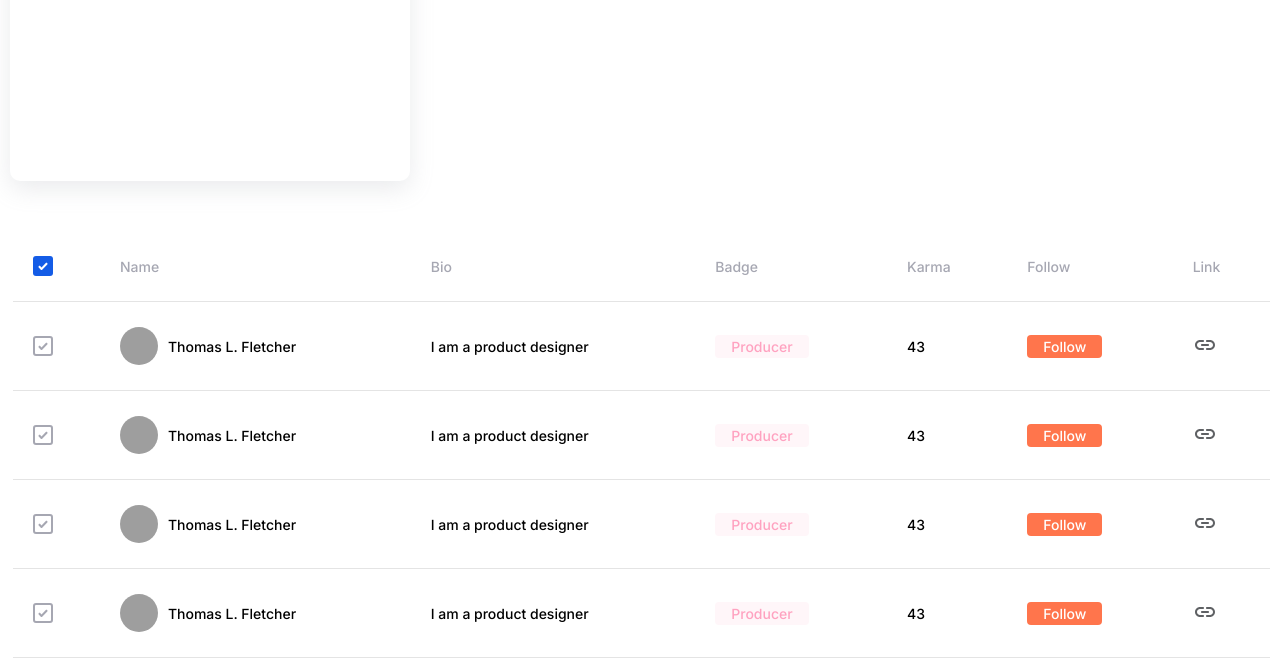
Repository: anhphapap/CSS
Page: test.html
These files come from the project's save history. The page is drawn as it stood at one moment and after the next save; the edit follows.
The browser window is 1280 px wide. The pictures show the part of the page from y = 642 to 1310 px (the page is 1310 px tall).
Pictures or frames that could not be fetched are drawn as grey boxes. A picture or video elsewhere on the page could not be fetched, so the positions and the page height are approximate.

Above is the page before, as saved 2023-04-09 19:43:58.

After the next save:
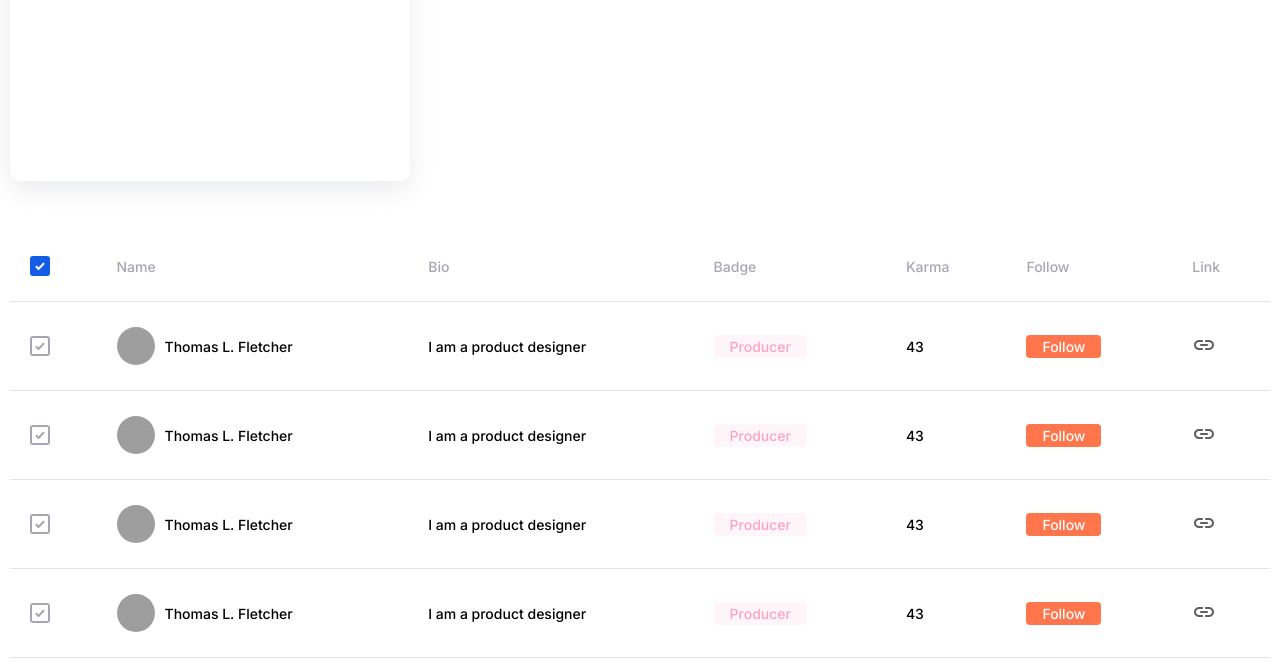
Saved 22 s later.
--- a/CSS/test.css
+++ b/CSS/test.css
@@ -286,8 +286,6 @@ table tbody td:first-child{
     position: sticky;
     top: 0;
     left: 0;
-    background-color: white;
-    border-left: 3px solid white;
 }
 
 th{
